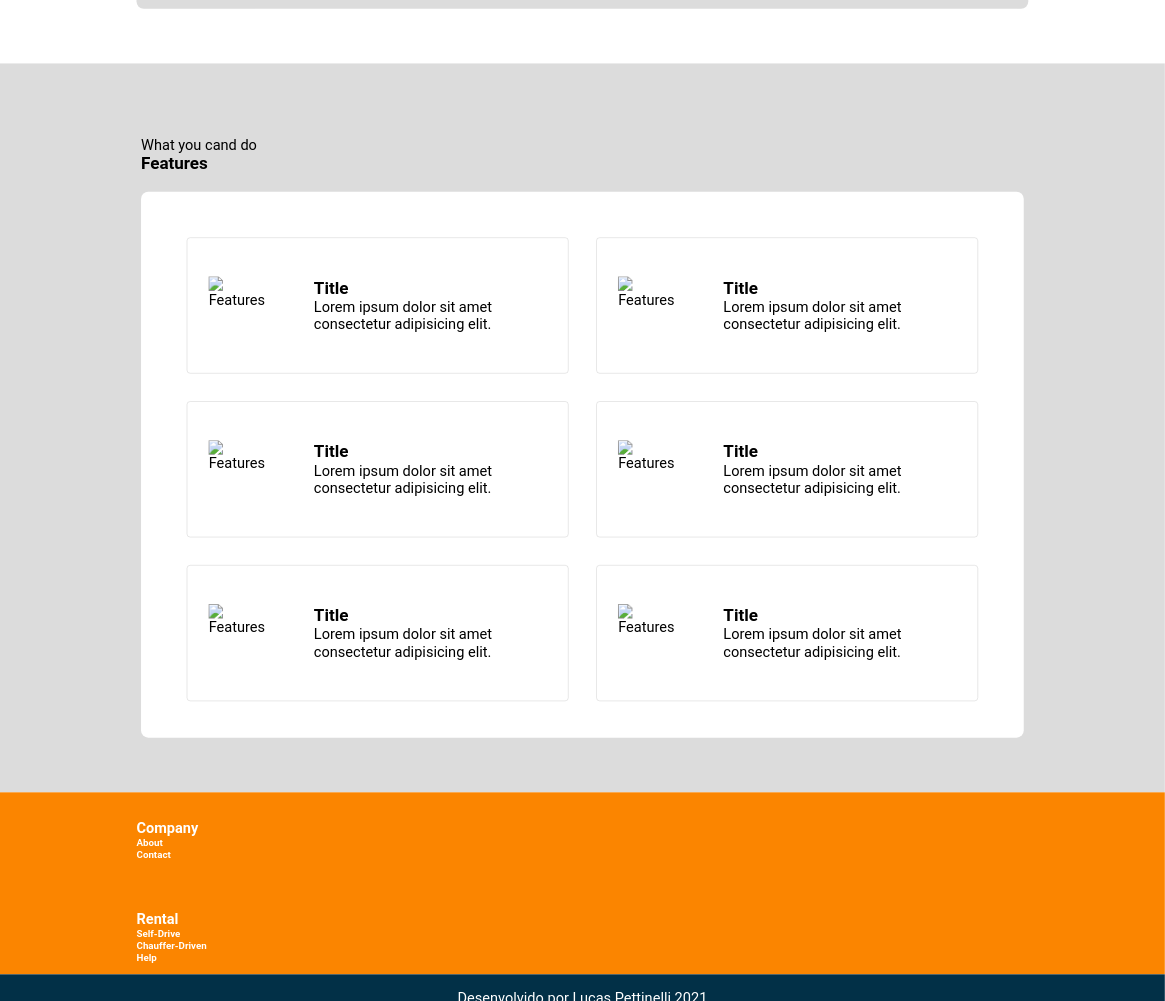
Repository: pettinelli1202/ElectriCar
Page: index.html
An editor plug-in stored every save of this project. The page is shown before and after a run of saves, followed by the edit.
The browser window is 1280 px wide. The pictures show the part of the page from y = 2892 to 3992 px (the page is 4013 px tall), at 91% of full size.
A picture or video elsewhere on the page could not be fetched, so the positions and the page height are approximate. An inner scrolling area shows only its first screen. Some web fonts or font styles are not loaded; a fallback is used.

Above is the page before, as saved 2023-03-28 00:00:26.

After the next 2 saves:
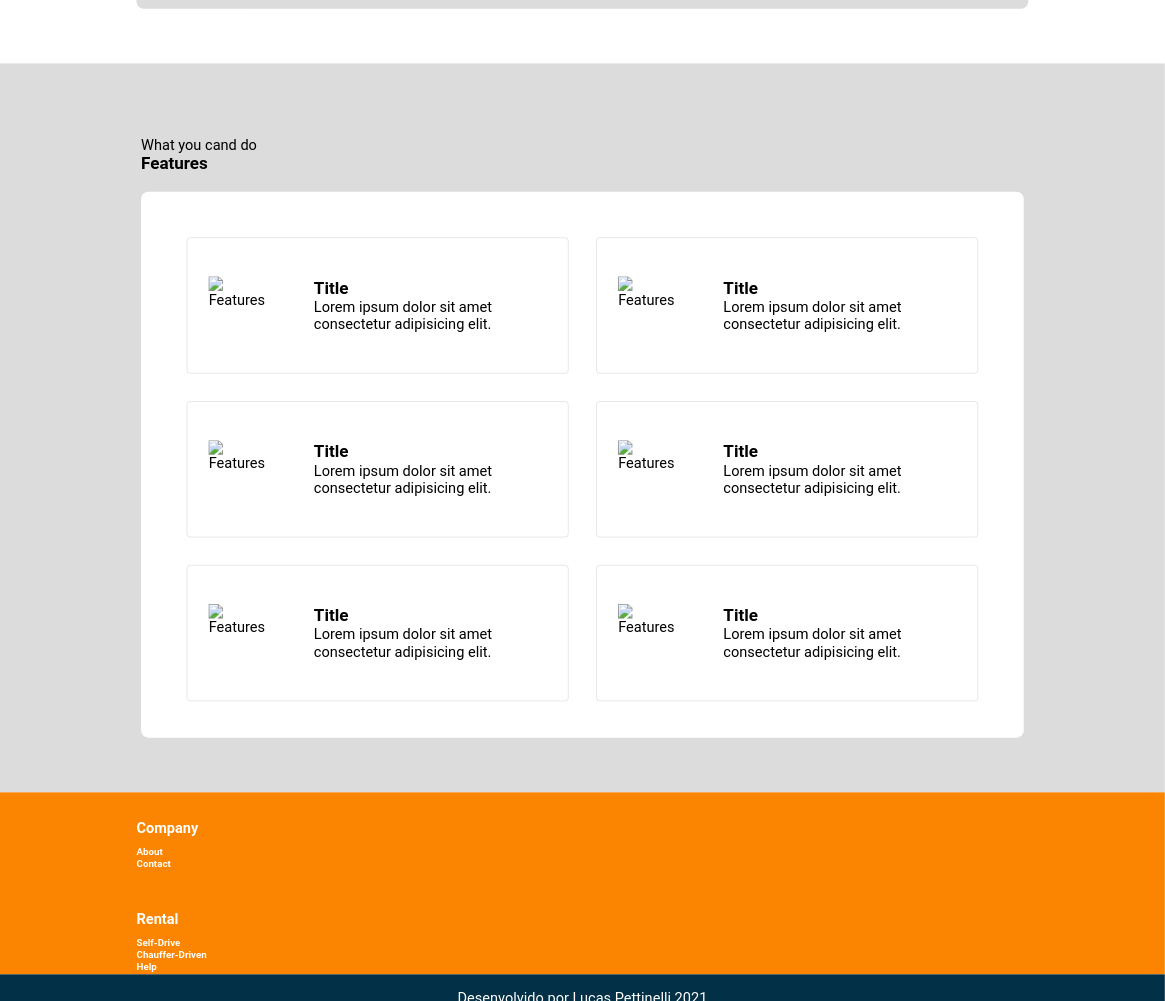
The 2 saves are shown as one change because they came seconds apart.
The last was saved 59 s later.
--- a/css/style.css
+++ b/css/style.css
@@ -387,11 +387,11 @@ footer .main {
     min-height: 100px;
 }
 
-.footer-links h4 {
+.footer-link h4 {
     margin-bottom: 10px;
 }
 
-.footer-links {
+.footer-link {
     margin-bottom: 8px;
 }
 
